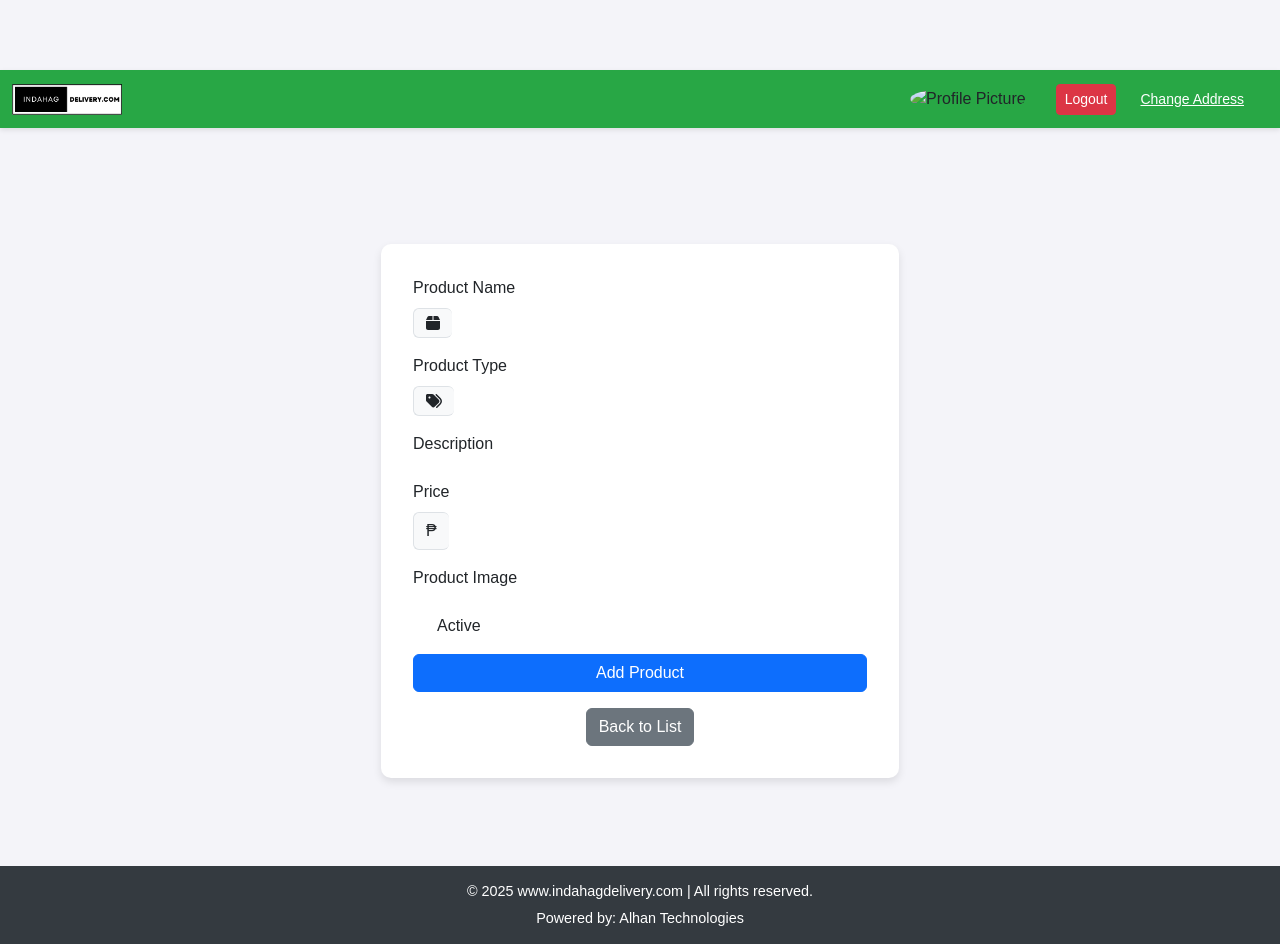
Repository: Jijiluzana225/indahagdelivery.com
Page: store/templates/store/product_form.html
These files come from the project's save history. The page is drawn as it stood at one moment and after the next save; the edit follows.
The browser window is 1280 px wide. The pictures show the whole page.
The template is drawn by Django 5.2. The application's start-up code is not run. Other server files are loaded and not shown. The template is opened directly, without the code that normally fills it, so the values that code supplies are empty.

Above is the page before, as saved 2025-01-22 14:16:44.

### store/templates/store/product_form.html
{% extends 'store/base.html' %}

{% block content %}

<!DOCTYPE html>
<html lang="en">
<head>
    <meta charset="UTF-8">
    <meta name="viewport" content="width=device-width, initial-scale=1.0">
    <title>{{ title }}</title>
    <link href="https://cdn.jsdelivr.net/npm/bootstrap@5.3.0-alpha3/dist/css/bootstrap.min.css" rel="stylesheet">
    <link rel="stylesheet" href="https://cdnjs.cloudflare.com/ajax/libs/font-awesome/6.0.0-beta3/css/all.min.css">
    <style>
        /* General styling */
        body {
            font-family: Arial, sans-serif;
            background-color: #f4f4f9;
        }

        /* Card styling */
        .form-container {
            background-color: #ffffff;
            border-radius: 10px;
            box-shadow: 0 4px 8px rgba(0, 0, 0, 0.1);
            padding: 2rem;
        }

        /* Button hover effect */
        .btn-primary:hover {
            background-color: #0056b3;
            border-color: #004da0;
        }

        /* Input field styling */
        .form-control:focus {
            box-shadow: 0 0 5px rgba(0, 123, 255, 0.5);
            border-color: #80bdff;
        }

        /* Icon inside input */
        .input-group-text {
            background-color: #f8f9fa;
            border-right: none;
        }

        .form-control {
            border-left: none;
        }

        /* Responsive Styling */
        .container {
            padding: 20px;
        }

        /* Adjusting margins and paddings for mobile responsiveness */
        .row {
            margin-top: 20px;
        }

        /* Adjust form container width for different screen sizes */
        .col-12.col-sm-10.col-md-8.col-lg-6 {
            max-width: 100%;
        }

        /* Input spacing */
        .mb-3 {
            margin-bottom: 1.5rem;
        }

        .text-center {
            text-align: center;
        }
    </style>
</head>
<body>

    <div class="container py-5">
        <h1 class="text-center mb-4">{{ title }}</h1>
        <div class="row justify-content-center">
            <div class="col-12 col-sm-10 col-md-8 col-lg-6">
                <div class="form-container">
                    <form method="POST" enctype="multipart/form-data">
                        {% csrf_token %}

                        <!-- Name Field -->
                        <div class="mb-3">
                            <label for="id_name" class="form-label">Product Name</label>
                            <div class="input-group">
                                <span class="input-group-text"><i class="fas fa-box"></i></span>
                                {{ form.name }}
                            </div>
                        </div>

                        <!-- Type Field -->
                        <div class="mb-3">
                            <label for="id_type" class="form-label">Product Type</label>
                            <div class="input-group">
                                <span class="input-group-text"><i class="fas fa-tags"></i></span>
                                {{ form.type }}
                            </div>
                        </div>

                        <!-- Description Field -->
                        <div class="mb-3">
                            <label for="id_description" class="form-label">Description</label>
                            {{ form.description }}
                        </div>

                        <!-- Price Field -->
                        <div class="mb-3">
                            <label for="id_price" class="form-label">Price</label>
                            <div class="input-group">
                                <span class="input-group-text">₱</span>
                                {{ form.price }}
                            </div>
                        </div>

                        <!-- Picture Field -->
                        <div class="mb-3">
                            <label for="id_picture" class="form-label">Product Image</label>
                            {{ form.picture }}
                        </div>

                        <!-- Active Field -->
                        <div class="mb-3 form-check">
                            {{ form.active }}
                            <label for="id_active" class="form-check-label">Active</label>
                        </div>

                        <!-- Submit Button -->
                        <button type="submit" class="btn btn-primary w-100">
                            {% if product %} Update Product {% else %} Add Product {% endif %}
                        </button>
                    </form>
                    <div class="text-center mt-3">
                        <a href="{% url 'product_list' %}" class="btn btn-secondary">Back to List</a>
                    </div>
                </div>
            </div>
        </div>
    </div>

    <script src="https://cdn.jsdelivr.net/npm/bootstrap@5.3.0-alpha3/dist/js/bootstrap.bundle.min.js"></script>
    <script src="https://cdnjs.cloudflare.com/ajax/libs/font-awesome/6.0.0-beta3/js/all.min.js"></script>
</body>
</html>

{% endblock %}

### store/templates/store/base.html
{% load static %}
<!DOCTYPE html>
<html lang="en">
<head>
    <meta charset="UTF-8">
    <meta name="viewport" content="width=device-width, initial-scale=1.0">
    <title>indahagdelivery.com</title>
    <link href="https://cdn.jsdelivr.net/npm/bootstrap@5.3.0-alpha3/dist/css/bootstrap.min.css" rel="stylesheet">
    <style>
        /* Navbar Styling */
        .navbar {
            position: fixed;
            top: 0;
            left: 0;
            right: 0;
            width: 100%;
            background-color: #28a745; /* E-commerce theme */
            padding: 10px 15px;
            z-index: 1000;
            box-shadow: 0 2px 5px rgba(0, 0, 0, 0.1);
        }

        .navbar .navbar-brand img {
            max-width: 110px;
        }

        .navbar-nav {
            display: flex;
            align-items: center;
        }

        .navbar-nav .nav-item {
            margin-right: 15px;
        }

        .open-close-btn {
            padding: 6px 14px;
            font-size: 0.9rem;
            background-color: #007bff;
            color: #fff;
            border: none;
            border-radius: 20px;
            transition: background-color 0.3s ease;
        }

        .open-close-btn:hover {
            background-color: #0056b3;
        }

        .profile-picture {
            width: 35px;
            height: 35px;
            border-radius: 50%;
            object-fit: cover;
        }

        /* Responsive Navbar Adjustments */
        @media (max-width: 768px) {
            .navbar-brand img {
                max-width: 80px;
            }

            .navbar-nav .nav-item {
                margin-right:10px;
            }

            .open-close-btn {
                margin-top: 10px;
            }
        }

        /* Footer Styling */
        footer {
            background-color: #343a40;
            color: #fff;
            padding: 15px;
            text-align: center;
            margin-top: 20px;
        }

        footer .footer-text p {
            margin: 0;
            font-size: 0.9rem;
        }

        footer .footer-text p:not(:last-child) {
            margin-bottom: 5px;
        }
    </style>
</head>
<body style="margin-top: 70px;">
    <!-- Navbar -->
    <nav class="navbar navbar-expand-lg navbar-dark">
        <div class="container-fluid">
            <a href="{% url 'store_list' %}" class="navbar-brand">
                <img src="{% static 'admin/img/Indahag.png' %}" alt="Logo">
            </a>

            <!-- Open/Close Button -->
            {% if request.user.is_authenticated and 'Store' in request.user.groups.all|join:" " %}
                <a href="{% url 'update_store_open' %}" class="open-close-btn">Open/Close</a>
            {% endif %}

            <button class="navbar-toggler" type="button" data-bs-toggle="collapse" data-bs-target="#navbarNav" aria-controls="navbarNav" aria-expanded="false" aria-label="Toggle navigation">
                <span class="navbar-toggler-icon"></span>
            </button>
            <div class="collapse navbar-collapse" id="navbarNav">
                <ul class="navbar-nav ms-auto">
                    <li class="nav-item">
                        <img src="{{ user.customer.profile_picture.url }}" alt="Profile Picture" class="profile-picture">
                    </li>
                    <li class="nav-item">
                        <h5 class="mb-0 text-white">{{ user.customer.name }}</h5>
                    </li>
                    <li class="nav-item">
                        <form action="{% url 'logout' %}" method="POST" class="d-inline">
                            {% csrf_token %}
                            <button type="submit" class="btn btn-danger btn-sm">Logout</button>
                        </form>
                    </li>
                    <li class="nav-item">
                        <a href="{% url 'update_profile' %}" class="btn btn-link btn-sm text-white">Change Address</a>
                    </li>
                </ul>
            </div>
        </div>
    </nav>

    <!-- Content Block -->
    <div class="container mt-4">
        {% block content %}
        {% endblock %}
    </div>

    <!-- Footer -->
    <footer>
        <div class="footer-text">
            <p>&copy; 2025 www.indahagdelivery.com | All rights reserved.</p>
            <p>Powered by: Alhan Technologies</p>
        </div>
    </footer>

    <!-- Scripts -->
    <script src="https://cdn.jsdelivr.net/npm/bootstrap@5.3.0-alpha3/dist/js/bootstrap.bundle.min.js"></script>
</body>
</html>

After the next save:
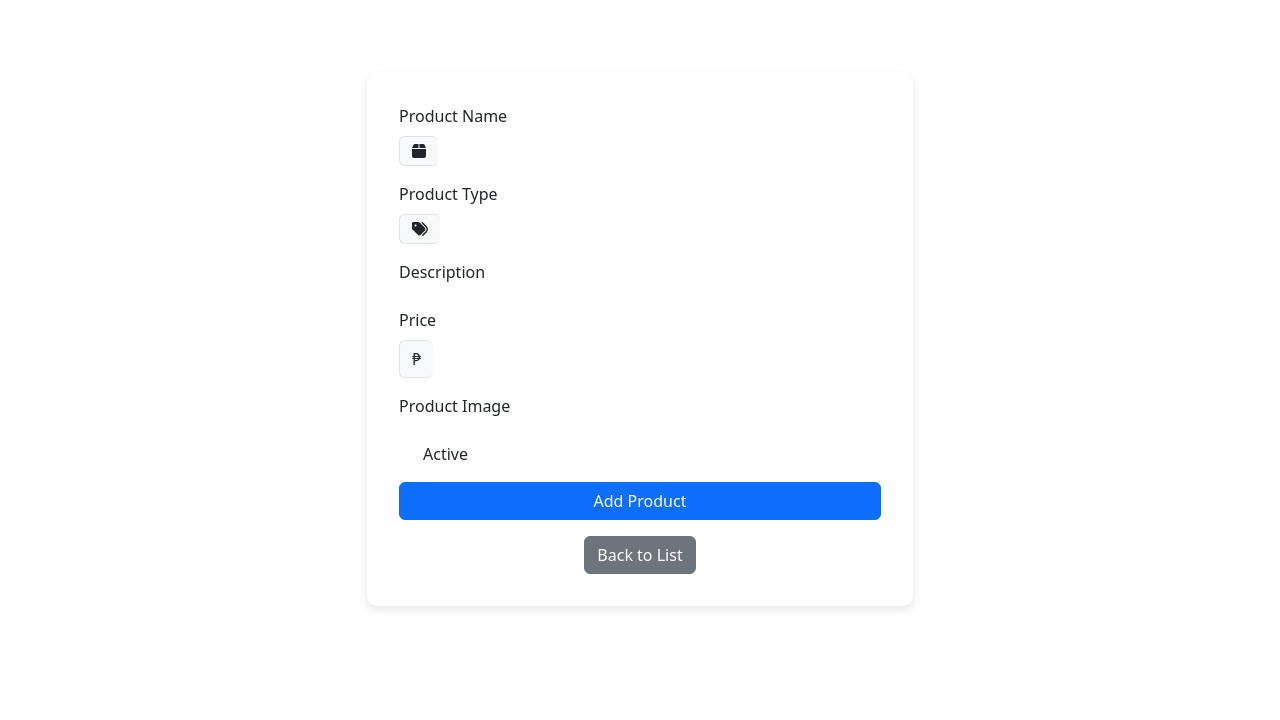
Saved 35 s later.
--- a/store/templates/store/product_form.html
+++ b/store/templates/store/product_form.html
@@ -1,7 +1,3 @@
-{% extends 'store/base.html' %}
-
-{% block content %}
-
 <!DOCTYPE html>
 <html lang="en">
 <head>
@@ -11,12 +7,6 @@
     <link href="https://cdn.jsdelivr.net/npm/bootstrap@5.3.0-alpha3/dist/css/bootstrap.min.css" rel="stylesheet">
     <link rel="stylesheet" href="https://cdnjs.cloudflare.com/ajax/libs/font-awesome/6.0.0-beta3/css/all.min.css">
     <style>
-        /* General styling */
-        body {
-            font-family: Arial, sans-serif;
-            background-color: #f4f4f9;
-        }
-
         /* Card styling */
         .form-container {
             background-color: #ffffff;
@@ -46,34 +36,9 @@
         .form-control {
             border-left: none;
         }
-
-        /* Responsive Styling */
-        .container {
-            padding: 20px;
-        }
-
-        /* Adjusting margins and paddings for mobile responsiveness */
-        .row {
-            margin-top: 20px;
-        }
-
-        /* Adjust form container width for different screen sizes */
-        .col-12.col-sm-10.col-md-8.col-lg-6 {
-            max-width: 100%;
-        }
-
-        /* Input spacing */
-        .mb-3 {
-            margin-bottom: 1.5rem;
-        }
-
-        .text-center {
-            text-align: center;
-        }
     </style>
 </head>
 <body>
-
     <div class="container py-5">
         <h1 class="text-center mb-4">{{ title }}</h1>
         <div class="row justify-content-center">
@@ -139,10 +104,7 @@
             </div>
         </div>
     </div>
-
     <script src="https://cdn.jsdelivr.net/npm/bootstrap@5.3.0-alpha3/dist/js/bootstrap.bundle.min.js"></script>
     <script src="https://cdnjs.cloudflare.com/ajax/libs/font-awesome/6.0.0-beta3/js/all.min.js"></script>
 </body>
 </html>
-
-{% endblock %}
